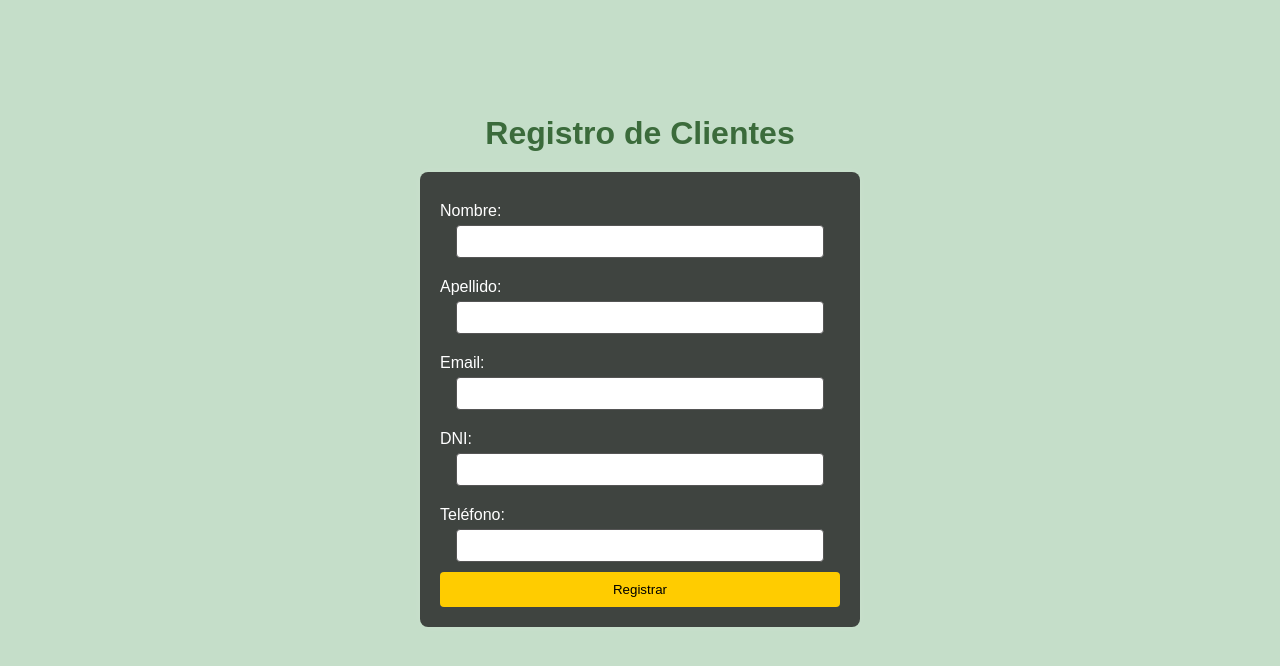
Repository: kevinqg0/Proyecto-Final-Gestion-Hotelera
Page: http://localhost/ProyectoGestionHotelera/RegistroCliente.jsp
These files come from the project's save history. The page is drawn as it stood at one moment and after the next save; the edit follows.
The browser window is 1280 px wide. The pictures show the whole page.
The page is served by Tomcat 9.

Above is the page before, as saved 2024-10-23 01:04:31.

After the next save:
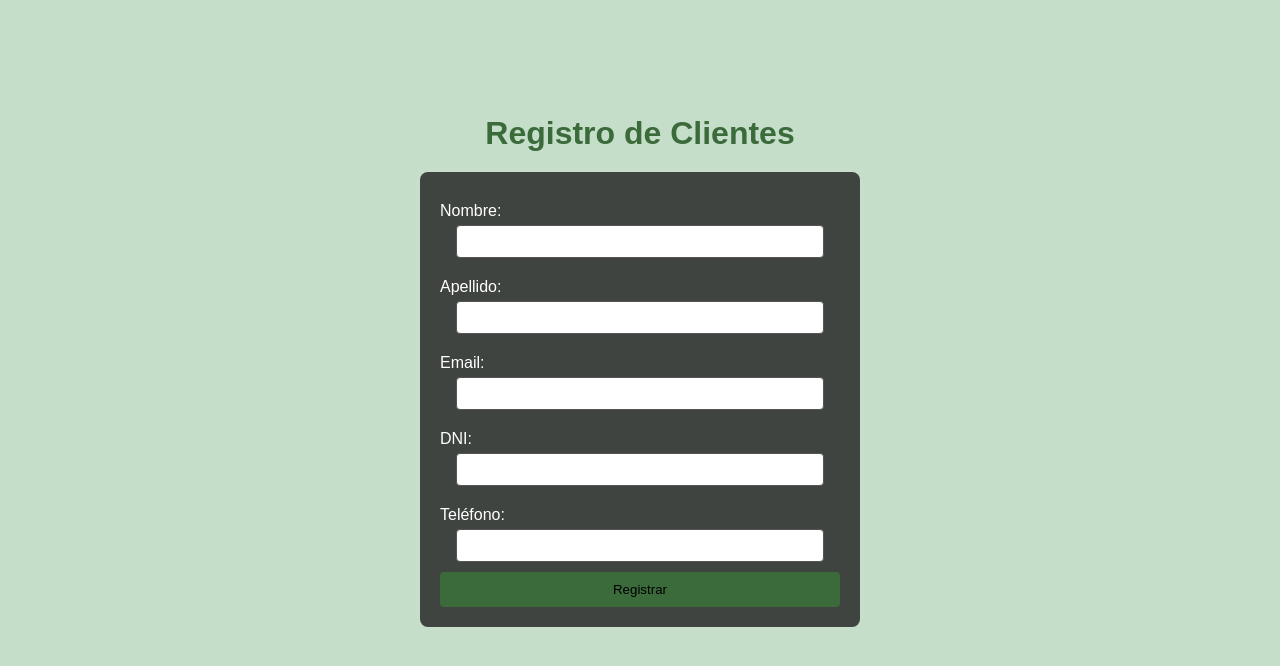
Saved 40 s later.
--- a/ProyectoGestionHotelera/src/main/webapp/estilos/registro.css
+++ b/ProyectoGestionHotelera/src/main/webapp/estilos/registro.css
@@ -51,7 +51,7 @@ input {
 button {
     width: 100%;
     padding: 10px;
-    background-color: #ffcc00; /* Color del botón */
+    background-color: #3b6b3b; /* Color del botón */
     color: #000; /* Color del texto del botón */
     border: none;
     border-radius: 4px;
